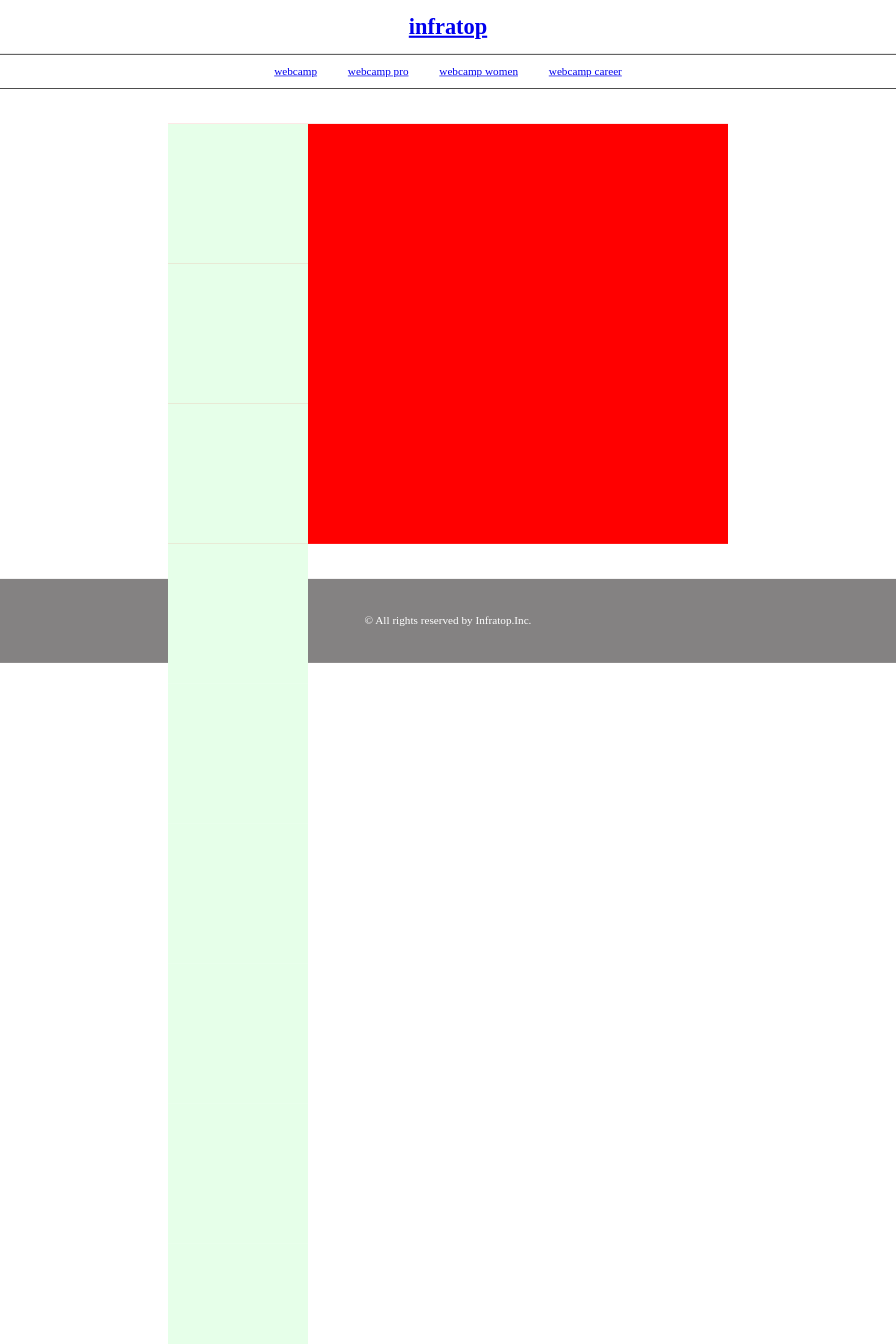
Repository: CarAll02/git-practice
Page: chapter5_exercise/index.html
The author's editor kept a record of every edit. The page is drawn from the files as they stood at one moment, then again after the next edit.
The browser window is 1280 px wide. The pictures show the part of the page from y = 0 to 1920 px (the page is 2577 px tall), at 70% of full size.

Above is the page before.

### chapter5_exercise/index.html
<!DOCTYPE html>
<html lang="ja">
  <head>
    <meta charset="UTF-8"/>
    <link rel="stylesheet" href="style.css"/>
    <title>chapter5_exercise</title>
  </head>

  <body>
    <!--header-->
    <header>
      <h1 class="heading">
        <a href="index.html">
          infratop
        </a>
      </h1>
    </header>

    <!--navigation-->
    <nav>
      <ul class="nav-list">
        <li class="nav-list-item">
          <a href="index.html">webcamp</a>
        </li>
        <li class="nav-list-item">
          <a href="index.html">webcamp pro</a>
        </li>
        <li class="nav-list-item">
          <a href="index.html">webcamp women</a>
        </li>
        <li class="nav-list-item">
          <a href="index.html">webcamp career</a>
        </li>
      </ul>
    </nav>

    <!--main用のdiv-->
    <div class="main">
      <div class="box">
        <div class="green1"></div>
        <div class="green2"></div>
        <div class="green3"></div>
        <div class="green4"></div>
        <div class="yellow1"></div>
        <div class="yellow2"></div>
        <div class="yellow3"></div>
        <div class="yellow4"></div>
        <div class="blue1"></div>
        <div class="blue2"></div>
        <div class="blue3"></div>
        <div class="blue4"></div>
      </div>
    </div>

    <!--footer-->
    <footer>
      <p class="footer-text">© All rights reserved by Infratop.Inc.</p>
    </footer>
  </body>
</html>

### chapter5_exercise/style.css
/*ブラウザがそれぞれ持っているCSSをリセットするための記述*/
* {
  margin:0;
  padding:0;
  box-sizing:border-box;
}

header{
  width:90%;
  padding:20px 0;
  margin:0 auto;
  text-align: center;
}

.nav-list{
  text-align: center;
  padding:15px 0;
  margin:0 auto;
  border:solid black;
  border-top-width: 1px;
  border-bottom-width: 1px;
  border-left-width:0px;
  border-right-width: 0px;
}

.nav-list-item{
  list-style: none;
  display: inline-block;
  margin:0 20px;
}

.main{
  width: 100%;
  height: 700px;
  display:flex;/*Flexboxの利用*/
  justify-content:center;/*子要素の横並び・中央寄せ*/
  padding:50px 0;
  margin:0 auto;/*中央寄せ（左右に余白が無いと出来ない)*/
}

.box{
  width: 800px;
  height: 600px;
  background-color: red;
}

.green1{
  width:200px;
  height: 200px;
  background-color: #e6ffe9;
}

.green2{
  width:200px;
  height: 200px;
  background-color: #e6ffe9;
}

.green3{
  width:200px;
  height: 200px;
  background-color: #e6ffe9;
}

.green4{
  width:200px;
  height: 200px;
  background-color: #e6ffe9;
}

.yellow1{
  width:200px;
  height: 200px;
  background-color: #e6ffe9;
}

.yellow2{
  width:200px;
  height: 200px;
  background-color: #e6ffe9;
}

.yellow3{
  width:200px;
  height: 200px;
  background-color: #e6ffe9;
}

.yellow4{
  width:200px;
  height: 200px;
  background-color: #e6ffe9;
}

.blue1{
  width:200px;
  height: 200px;
  background-color: #e6ffe9;
}

.blue2{
  width:200px;
  height: 200px;
  background-color: #e6ffe9;
}

.blue3{
  width:200px;
  height: 200px;
  background-color: #e6ffe9;
}

.blue4{
  width:200px;
  height: 200px;
  background-color: #e6ffe9;
}

footer{
  width:100%;
  height:120px;
  text-align: center;
  line-height: 120px;
  background-color: #848282;
}

.footer-text{
  color:#fff;
}

After the next edit:
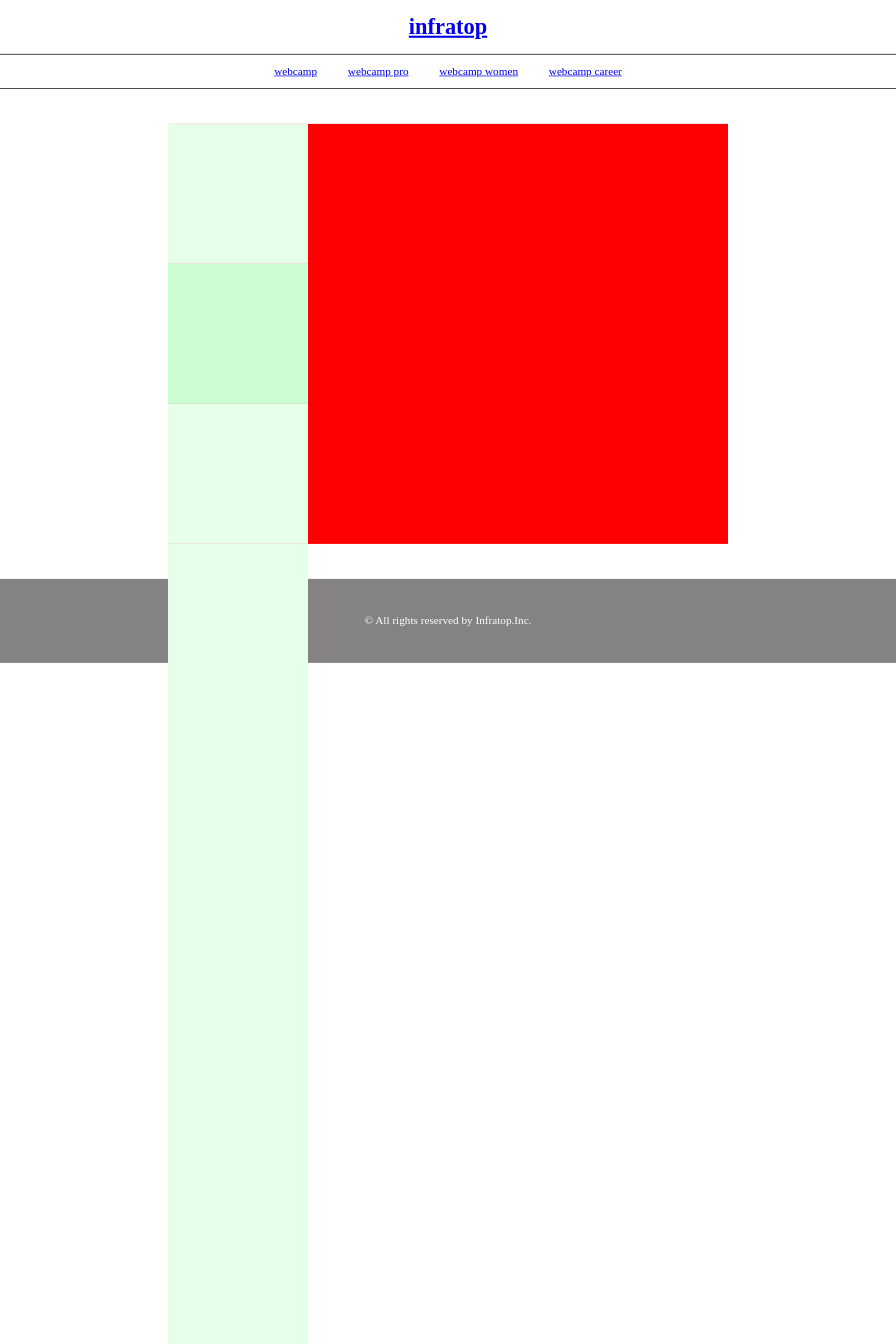
The edit:
--- a/chapter5_exercise/style.css
+++ b/chapter5_exercise/style.css
@@ -53,7 +53,7 @@
 .green2{
   width:200px;
   height: 200px;
-  background-color: #e6ffe9;
+  background-color: #cbffd3;
 }
 
 .green3{
